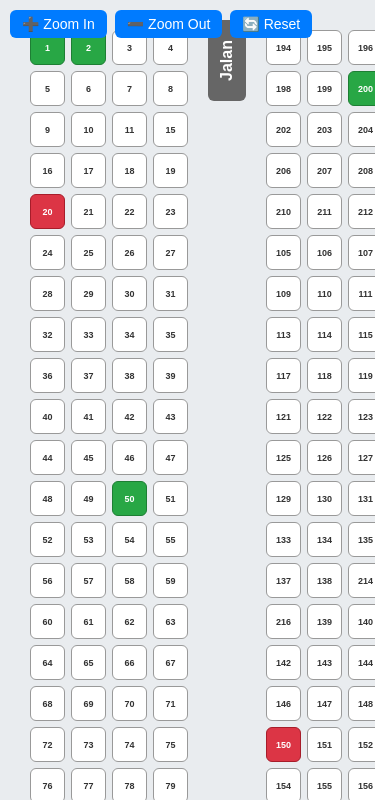
Repository: pasarrakyatbak/denah
Page: index.html
The author's editor kept a copy of each file at every save. The page is drawn from the files as they stood at one save, then again after the next save.
The browser window is 375 px wide. The pictures show the whole page.

Above is the page before, as saved 2025-09-19 07:47:07.

After the next save:
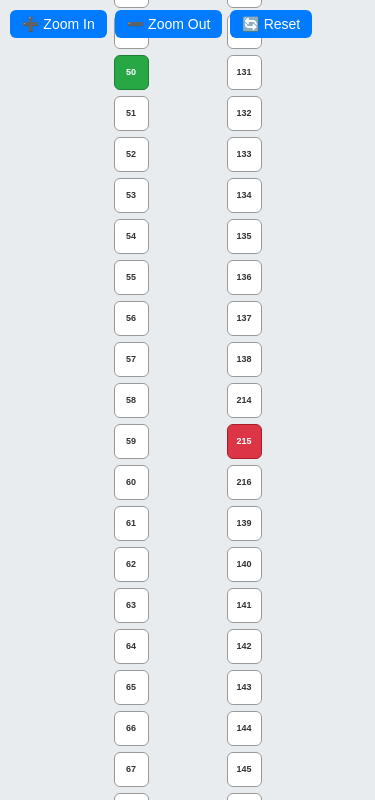
Saved 87 s later.
--- a/style.css
+++ b/style.css
@@ -1,4 +1,3 @@
-/* Reset */
 * {
     margin: 0;
     padding: 0;
@@ -30,20 +29,21 @@ body {
     background: #007bff;
     color: white;
     font-size: 14px;
-    transition: background 0.2s;
 }
 
 .controls button:hover {
     background: #0056b3;
 }
 
-/* Canvas wrapper */
+/* Wrapper */
 .canvas-wrapper {
     width: 100vw;
     height: 100vh;
     overflow: hidden;
-    position: relative;
     background: #e9ecef;
+    display: flex;
+    justify-content: center;
+    align-items: center;
 }
 
 /* Denah */
@@ -53,17 +53,14 @@ body {
     justify-content: center;
     transform-origin: center center;
     transition: transform 0.2s ease;
-    width: max-content;
-    margin: auto;
-    padding: 20px;
+    gap: 20px;
 }
 
-/* Lapak */
+/* Lapak kolom */
 .lapak {
-    display: grid;
-    grid-template-columns: repeat(11, 50px);
+    display: flex;
+    flex-direction: column;
     gap: 6px;
-    padding: 10px;
 }
 
 .lapak div {
@@ -78,7 +75,6 @@ body {
     font-size: 12px;
     font-weight: bold;
     cursor: pointer;
-    user-select: none;
     transition: 0.2s;
 }
 
@@ -87,7 +83,7 @@ body {
     border-color: #007bff;
 }
 
-/* Status lapak */
+/* Status */
 .lapak div.booked {
     background: #28a745;
     color: white;
@@ -107,17 +103,12 @@ body {
     background: #666;
     color: white;
     padding: 20px 10px;
-    margin: 0 10px;
     border-radius: 6px;
     font-weight: bold;
 }
 
 /* Responsif */
 @media (max-width: 768px) {
-    .lapak {
-        grid-template-columns: repeat(6, 40px);
-    }
-
     .lapak div {
         width: 40px;
         height: 40px;
@@ -126,10 +117,6 @@ body {
 }
 
 @media (max-width: 480px) {
-    .lapak {
-        grid-template-columns: repeat(4, 35px);
-    }
-
     .lapak div {
         width: 35px;
         height: 35px;
